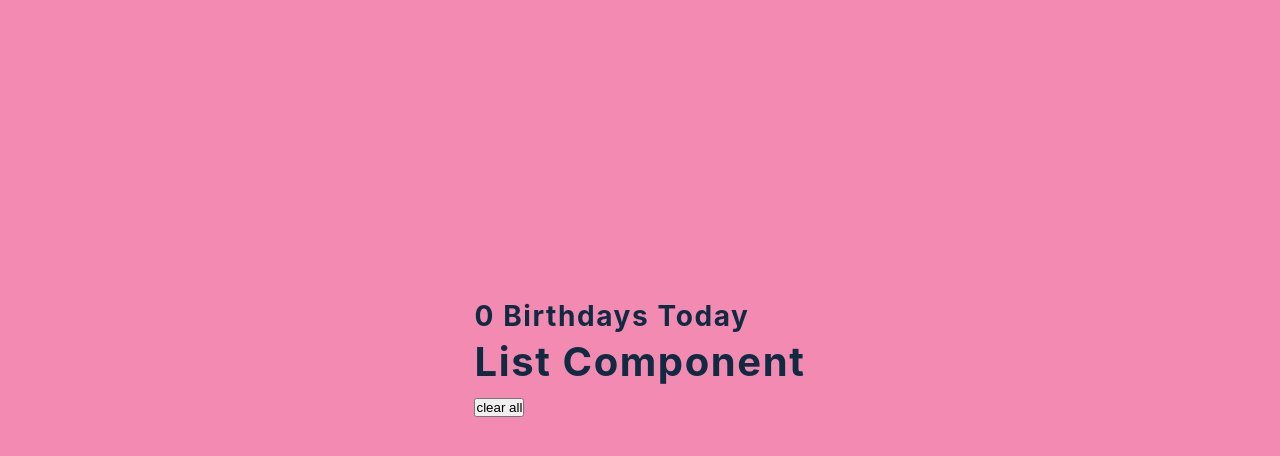
Repository: bodescuanamariia/birthday-reminder
Page: /
These files come from the project's save history. The page is drawn as it stood at one moment and after the next save; the edit follows.
The browser window is 1280 px wide. The pictures show the whole page.
The project was rebuilt for these pictures with package versions that can differ from the ones it lists, and the page was loaded fresh each time. Imported but missing from the stored project, and not drawn on this page: src/data.

Above is the page before, as saved 2022-04-14 14:26:26.

### src/index.css
/*
===============
Variables
===============
*/

:root {
  /* dark shades of primary color  */
  --clr-primary-1: hsl(162, 61%, 89%);
  --clr-primary-2: hsl(162, 61%, 78%);
  --clr-primary-3: hsl(162, 61%, 67%);
  --clr-primary-4: hsl(162, 61%, 57%);

  /* primary main color  */
  --clr-primary-5: hsl(162, 73%, 46%);

  /* lighter shades of primary color  */
  --clr-primary-6: #1aa179;
  --clr-primary-7: #13795b;
  --clr-primary-8: #0d503c;
  --clr-primary-9: #06281e;

  /* darkest grey - used for headings */
  --clr-grey-1: hsl(212, 33%, 89%);
  --clr-grey-2: hsl(210, 31%, 80%);
  --clr-grey-3: hsl(211, 27%, 70%);
  --clr-grey-4: hsl(209, 23%, 60%);

  /* grey used for paragraphs */
  --clr-grey-5: hsl(210, 22%, 49%);
  --clr-grey-6: hsl(209, 28%, 39%);
  --clr-grey-7: hsl(209, 34%, 30%);
  --clr-grey-8: hsl(211, 39%, 23%);
  --clr-grey-9: hsl(209, 61%, 16%);
  --clr-white: #fff;
  --clr-red-dark: hsl(360, 67%, 44%);
  --clr-red-light: hsl(360, 71%, 66%);
  --clr-green-dark: hsl(125, 67%, 44%);
  --clr-green-light: hsl(125, 71%, 66%);
  --clr-black: #222;
  --transition: all 0.3s linear;
  --spacing: 0.1rem;
  --radius: 0.25rem;
  --light-shadow: 0 5px 15px rgba(0, 0, 0, 0.1);
  --dark-shadow: 0 5px 15px rgba(0, 0, 0, 0.4);
  --max-width: 1170px;
  --fixed-width: 450px;
  --clr-pink: #f28ab2;
}

/*
===============
Global Styles
===============
*/
*,
::after,
::before {
  margin: 0;
  padding: 0;
  box-sizing: border-box;
}
body {
  font-family: -apple-system, BlinkMacSystemFont, "Segoe UI", "Roboto", "Oxygen",
    "Ubuntu", "Cantarell", "Fira Sans", "Droid Sans", "Helvetica Neue",
    sans-serif;
  background: var(--clr-pink);
  color: var(--clr-grey-9);
  line-height: 1.5;
  font-size: 0.875rem;
}
ul {
  list-style-type: none;
}
a {
  text-decoration: none;
}
h1,
h2,
h3,
h4 {
  letter-spacing: var(--spacing);
  text-transform: capitalize;
  line-height: 1.25;
  margin-bottom: 0.75rem;
}
h1 {
  font-size: 3rem;
}
h2 {
  font-size: 2rem;
}
h3 {
  font-size: 1.25rem;
}
h4 {
  font-size: 0.875rem;
}
p {
  margin-bottom: 1.25rem;
  color: var(--clr-grey-5);
}
@media screen and (min-width: 800px) {
  h1 {
    font-size: 4rem;
  }
  h2 {
    font-size: 2.5rem;
  }
  h3 {
    font-size: 1.75rem;
  }
  h4 {
    font-size: 1rem;
  }
  body {
    font-size: 1rem;
  }
  h1,
  h2,
  h3,
  h4 {
    line-height: 1;
  }
}

/*
===============
Global Classes
===============
*/
main {
  min-height: 100vh;
  display: flex;
  justify-content: center;
  align-items: center;
}

.container {
  width: ;
}

### src/App.js
import React, { useState } from "react";
import List from "./List";
import data from "./data";

function App() {
  return (
    <main>
      <section className="container">
        <h3>0 birthdays today</h3>
        <List />
        <button onClick={() => console.log("you clicked me")}>clear all</button>
      </section>
    </main>
  );
}

export default App;

### src/List.js
import React from "react";

const List = () => {
  return (
    <>
      <h2>list component</h2>
    </>
  );
};

export default List;

Loaded but not shown: public/index.html (common file); src/index.js (common file)

After the next save:
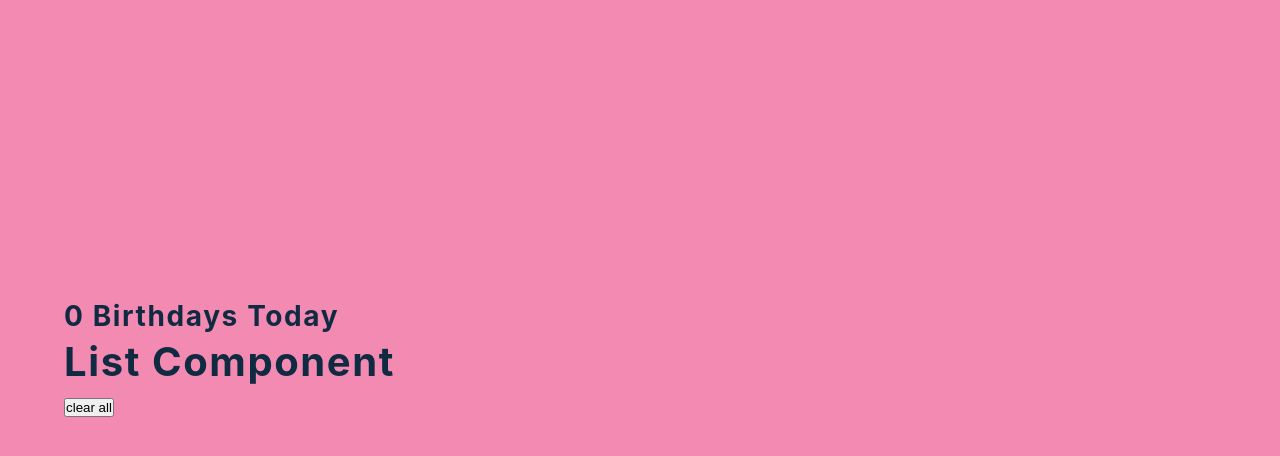
Saved 12 s later.
--- a/src/index.css
+++ b/src/index.css
@@ -137,5 +137,5 @@ main {
 }
 
 .container {
-  width: ;
+  width: 90vw;
 }
